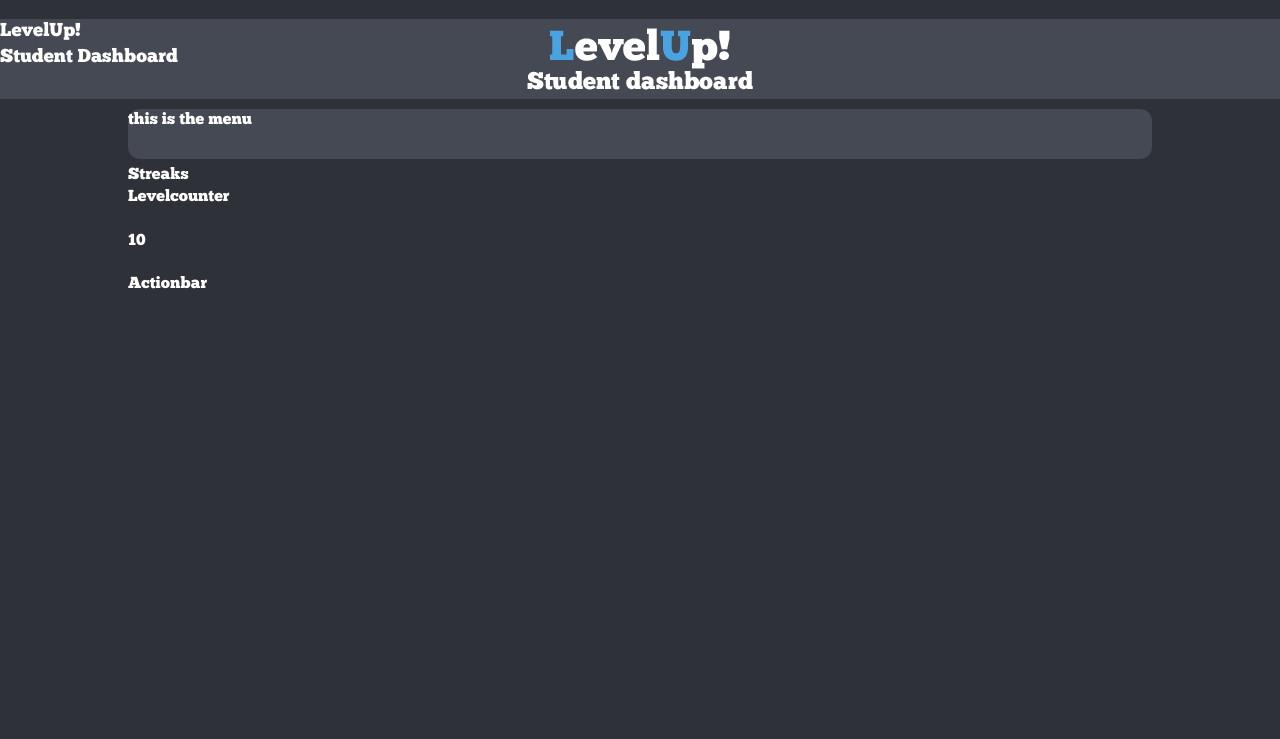
Repository: boblanckenburg/levelup
Page: website/src/index.html
These files come from the project's save history. The page is drawn as it stood at one moment and after the next save; the edit follows.
The browser window is 1280 px wide. The pictures show the whole page.

Above is the page before, as saved 2014-09-17 14:21:01.

After the next save:
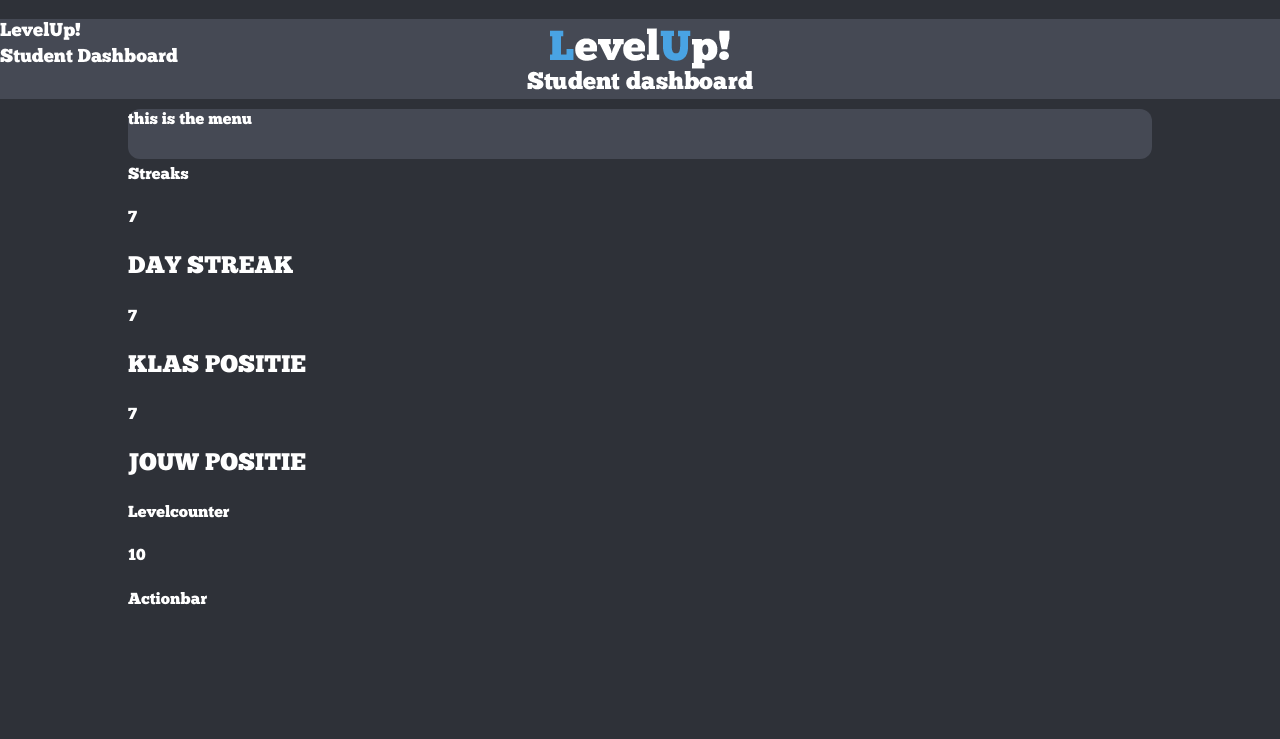
Saved 32 min 5 s later.
--- a/website/src/index.html
+++ b/website/src/index.html
@@ -28,6 +28,18 @@
 			<section class="content">
 				<section class="streaks">
 					Streaks
+					<div class="streakitem">
+						<h1>7</h1>
+						<h2>DAY STREAK</h2>
+					</div>
+					<div class="streakitem">
+						<h1>7</h1>
+						<h2>KLAS POSITIE</h2>
+					</div>
+					<div class="streakitem">
+						<h1>7</h1>
+						<h2>JOUW POSITIE</h2>
+					</div>
 				</section>
 				<section class="levelcounter">
 					Levelcounter
